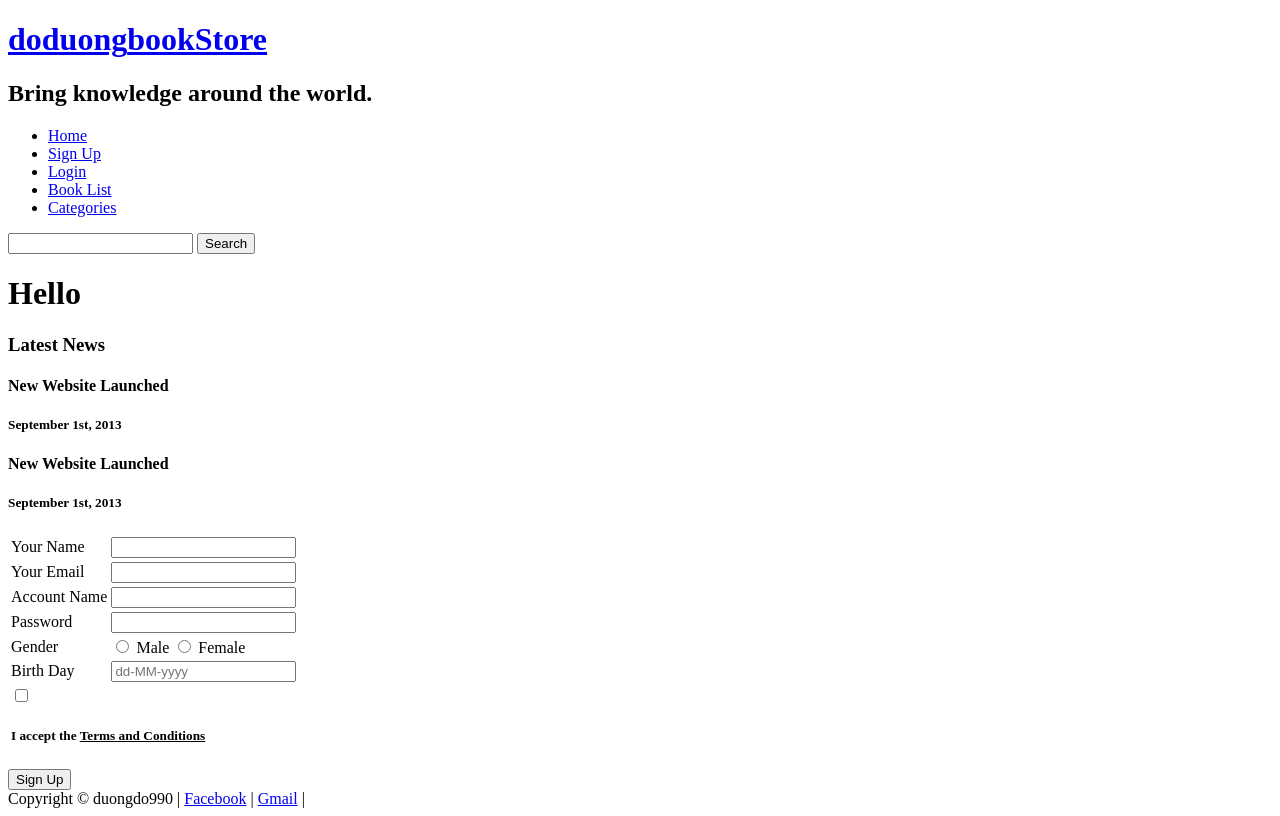
Repository: ngttuyen/JavaWeb
Page: http://localhost/MyWebsite/signup.jsp
The author's editor kept a copy of each file at every save. The page is drawn from the files as they stood at one save, then again after the next save.
The browser window is 1280 px wide. The pictures show the whole page.
The page is served by Tomcat 9.

Above is the page before, as saved 2019-06-02 13:00:12.

After the next save:
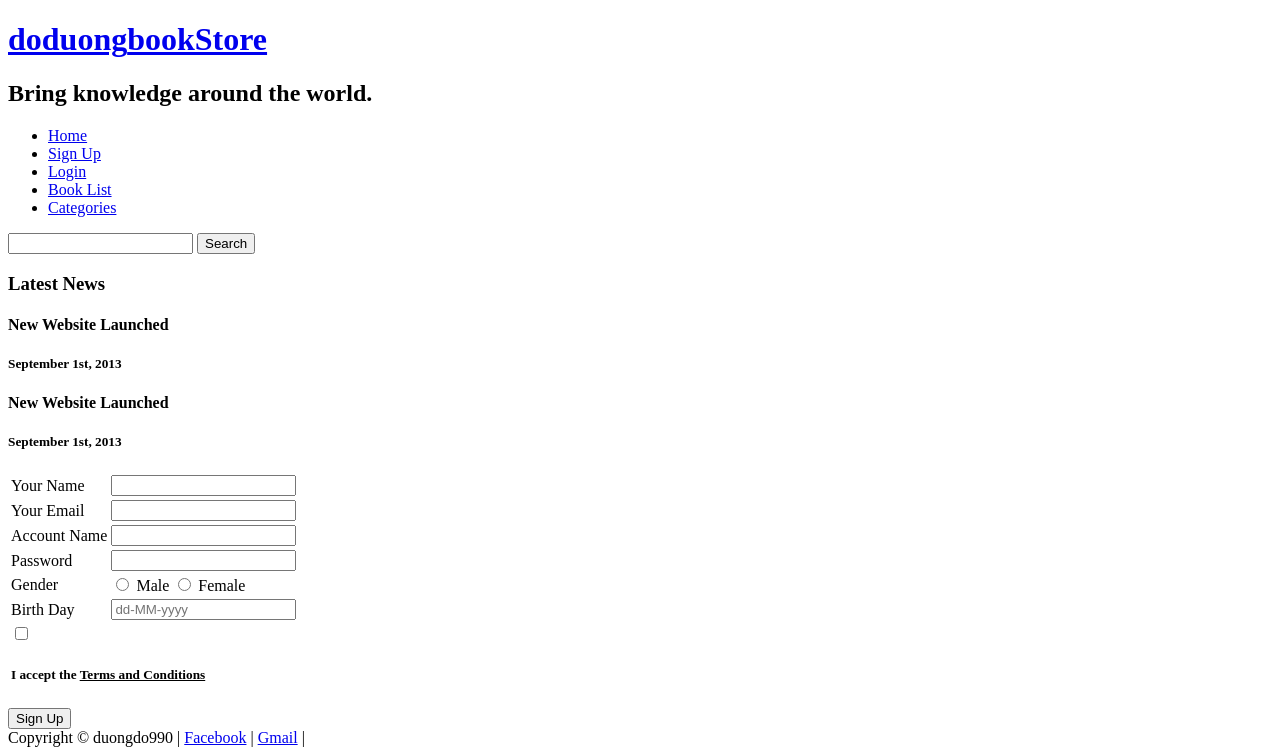
Saved 14 s later.
--- a/MyWebsite/WebContent/includes/sidebar.jsp
+++ b/MyWebsite/WebContent/includes/sidebar.jsp
@@ -8,7 +8,6 @@
 
 
 	%>
-	<h1>Hello ${sessionScope.message}</h1>
 	<h3>Latest News</h3>
 	<h4>New Website Launched</h4>
 	<h5>September 1st, 2013</h5>
